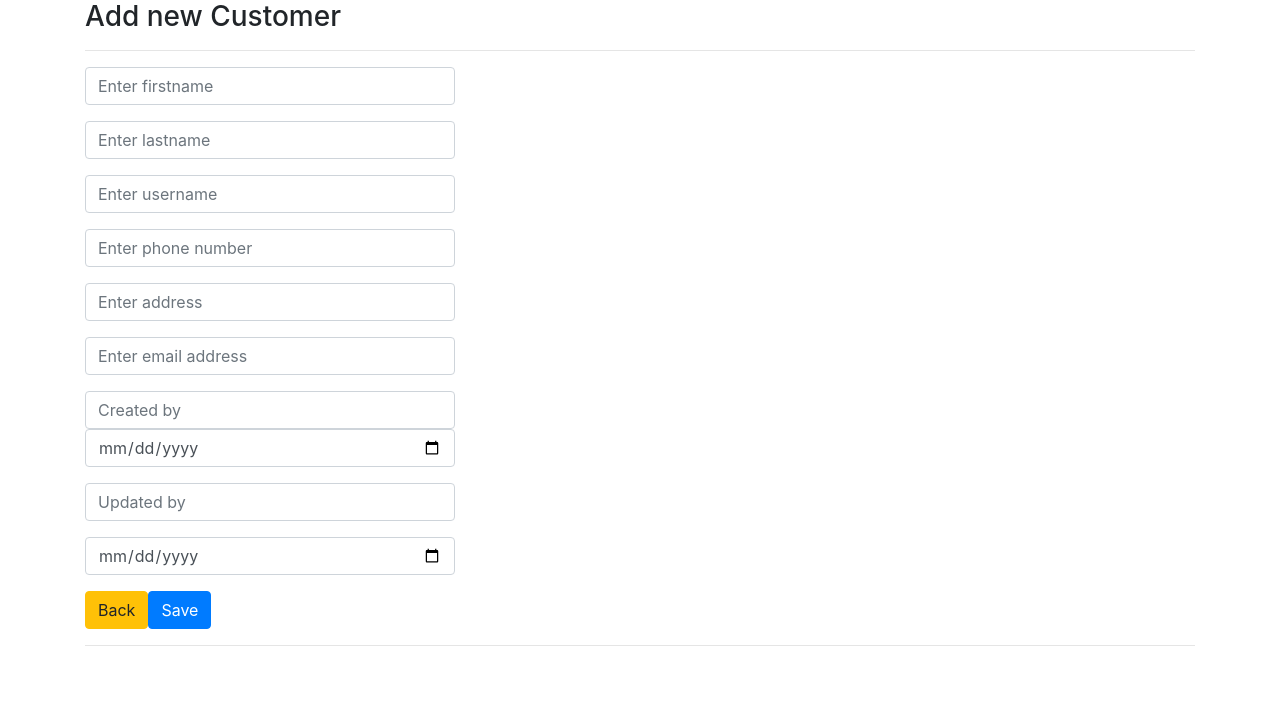
Repository: messimacky/Movie-Rental-System-Front-End
Page: /add-customer
These files come from the project's save history. The page is drawn as it stood at one moment and after the next save; the edit follows.
The browser window is 1280 px wide. The pictures show the whole page.
The project was rebuilt for these pictures with package versions that can differ from the ones it lists, and the page was loaded fresh each time. Also part of the build but not shown: src/services/movie.service.js, src/components/AddMovie.js, src/components/MoviesList.js, src/components/NotFound.js, src/components/login/Login.js, src/components/CustomerList.js, src/services/rental.service.js, src/components/RentalsList.js and 5 more.

Above is the page before, as saved 2022-05-06 20:09:16.

After the next save:
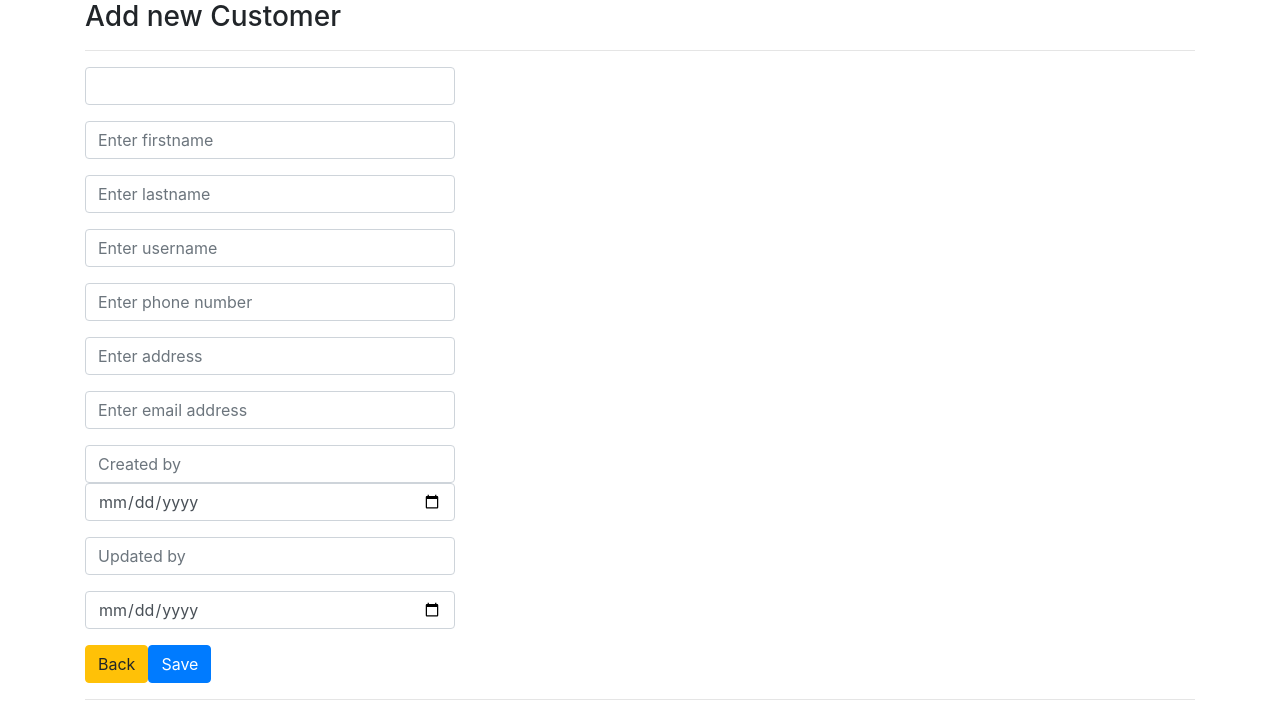
Saved 55 s later.
--- a/src/components/AddCustomer.js
+++ b/src/components/AddCustomer.js
@@ -88,6 +88,19 @@ const AddCustomer = () => {
             <h3>Add new Customer</h3>
             <hr />
             <form>
+
+
+                <div className="form-group">
+                    <input
+                        type="number"
+                        className="form-control col-4"
+                        id="id"
+                        value={id}
+                        onChange={(e) => setId(e.target.value)}
+                    // placeholder="Enter firstname"
+                    />
+                </div>
+
                 <div className="form-group">
                     <input
                         type="text"
